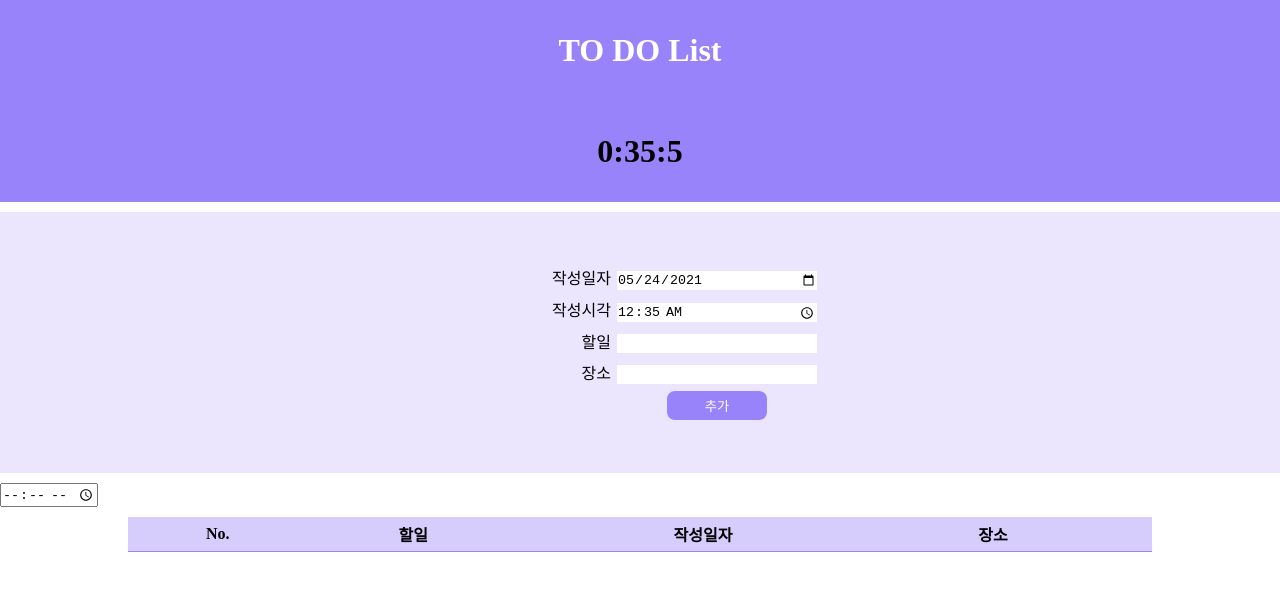
Repository: soyeon-noh/TodoList_Project
Page: http://localhost/Server_PR_TodoList/
These files come from the project's save history. The page is drawn as it stood at one moment and after the next save; the edit follows.
The browser window is 1280 px wide. The pictures show the whole page.
The page is served by Tomcat 9. Queries for data that is not in the repository find no rows.

Above is the page before, as saved 2021-05-25 04:55:35.

After the next save:
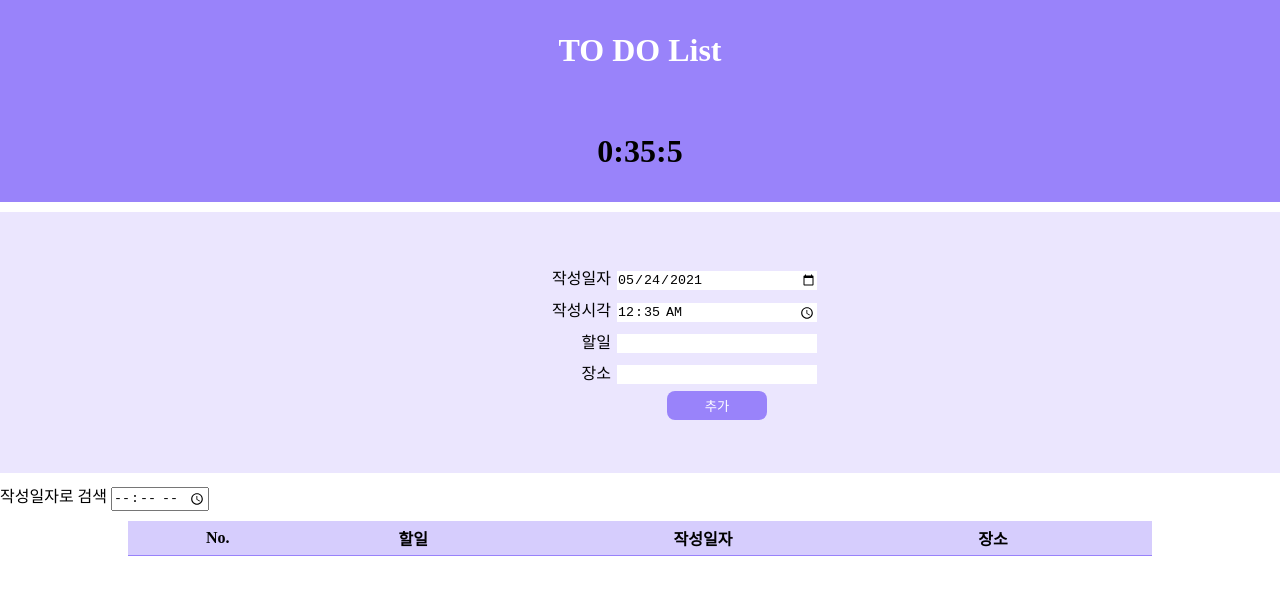
Saved 2 min 22 s later.
--- a/Server_PR_TodoList/src/main/webapp/WEB-INF/views/home.jsp
+++ b/Server_PR_TodoList/src/main/webapp/WEB-INF/views/home.jsp
@@ -50,6 +50,7 @@
     </form>
 
     <div class="select">
+    	<label for="place">작성일자로 검색</label>
     	<input name="td_place" type="time">
     </div>
 
